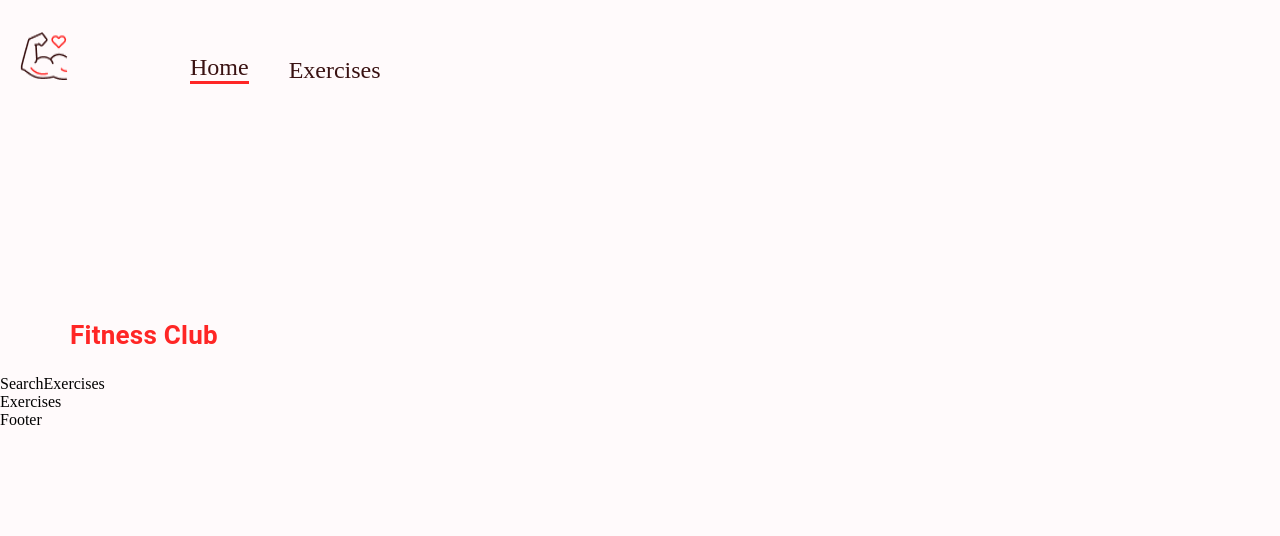
Repository: remydev47/fitness-center
Page: /
The author's editor kept a copy of each file at every save. The page is drawn from the files as they stood at one save, then again after the next save.
The browser window is 1280 px wide. The pictures show the whole page.
The project was rebuilt for these pictures with package versions that can differ from the ones it lists, and the page was loaded fresh each time. Also part of the build but not shown: src/pages/ExerciseDetail.js.

Above is the page before, as saved 2022-07-26 00:09:44.

### src/index.js
import React from 'react'
import ReactDOM from  'react-dom'
import { BrowserRouter } from 'react-router-dom'

import App from './App'

const root = ReactDOM.createRoot(document.getElementById('root'))

root.render(
    <BrowserRouter>
      <App/>
    </BrowserRouter>
)

### src/App.js
import React from 'react'
import { Route, Routes } from 'react-router-dom';
import { Box } from '@mui/material'

import './App.css'
import Navbar from './components/Navbar';
import Footer from './components/Footer'
import Home from './pages/Home';
import ExerciseDetail from './pages/ExerciseDetail';

const App = () => {
  return (
    <Box>
      <Navbar />
      <Routes>
        <Route path="/"  element={<Home />}/>
        <Route path="/exercise/:id"  element={<ExerciseDetail />}/>
      </Routes>
      <Footer />
    </Box>
  )
}

export default App

### src/components/Navbar.js
import React from 'react'
import { Link } from 'react-router-dom';
import { Stack } from '@mui/material'
import Logo from '../assets/images/Logo.png'

const Navbar = () => {
  return (
    <Stack
     direction="row"
     justifyContent="space-around"
     sx={{ gap: { sm: '122px', xs: '40px'}, mt: { sm: '32px', xs:'20px'}, justifyContent: 'none'}}
     px="20px"
    >
        <Link to="/">
            <img
               src={Logo}
               alt="logo"
               style={{
                width:'48px',
                height:'48px',
                margin: '0, 20px'
               }}
            />
        </Link>
        <Stack
            direction="row"
            gap="40px"
            fontSize="24px"
            alignItems="flex-end"
        >
            <Link to="/" style={{
                textDecoration:"none",
                color:"#3A1212",
                borderBottom: '3px solid #FF2625'
            }}
            >
                Home
            </Link>
            <a href="#exercises" style={{ textDecoration:"none", color:"#3A1212"}}>Exercises</a>
        </Stack>
    </Stack>
  )
}

export default Navbar

### src/pages/Home.js
import React, { useState } from 'react';
import { Box } from '@mui/material'
import HeaderBanner from '../components/HeaderBanner';
import SearchExercises from '../components/SearchExercises';
import Exercises from '../components/Exercises';

const Home = () => {
  return (
    <Box>
        <HeaderBanner />
        <SearchExercises />
        <Exercises />
    </Box>
  )
}

export default Home

### src/components/HeaderBanner.js
import React from 'react';
import { Box, Stack, Typography } from '@mui/material';
import banner from '../assets/images/banner.png';

const HeaderBanner = () => {
  return (
    <Box
      sx={{
        mt:{ lg: '212px', xs: '70px'},
        ml: { sm: '50px'}
      }}
      position="relative"
      p="20px"
    >
        <Typography
          color="#FF2625"
          fontSize="26px"
          fontWeight="600"
        >
            Fitness Club
        </Typography>
    </Box>
  )
}

export default HeaderBanner

Loaded but not shown: public/index.html (common file); src/App.css (common file); src/components/Footer.js (common file); src/components/SearchExercises.js (common file); src/components/Exercises.js (common file)

After the next save:
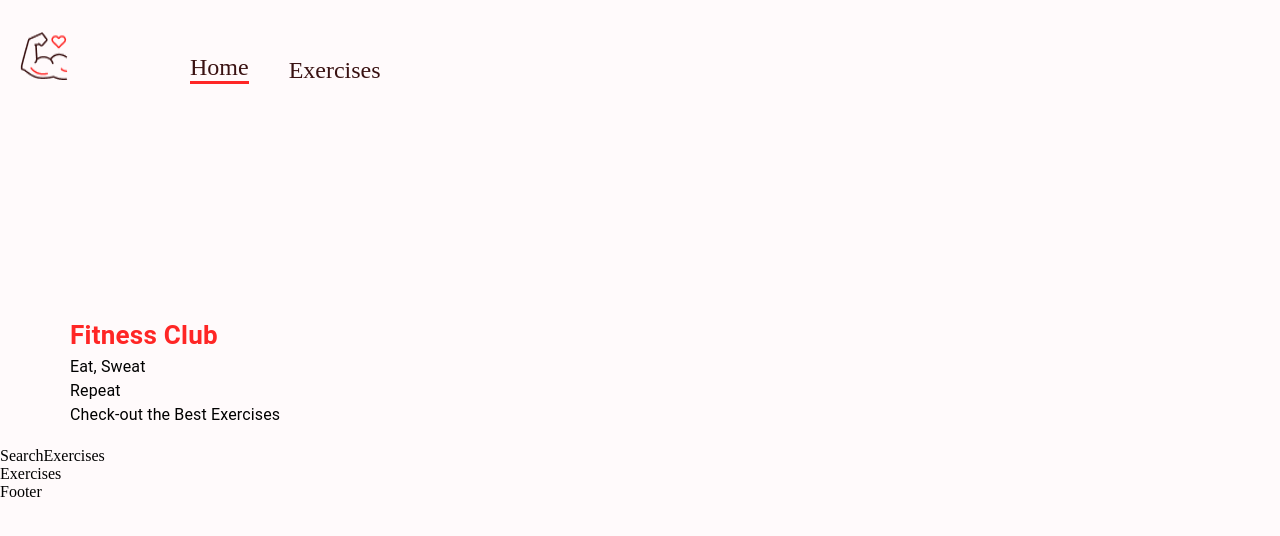
Saved 2 min 20 s later.
--- a/src/components/HeaderBanner.js
+++ b/src/components/HeaderBanner.js
@@ -19,6 +19,12 @@ const HeaderBanner = () => {
         >
             Fitness Club
         </Typography>
+        <Typography>
+            Eat, Sweat <br/> Repeat
+        </Typography>
+        <Typography>
+            Check-out the Best Exercises
+        </Typography>
     </Box>
   )
 }
